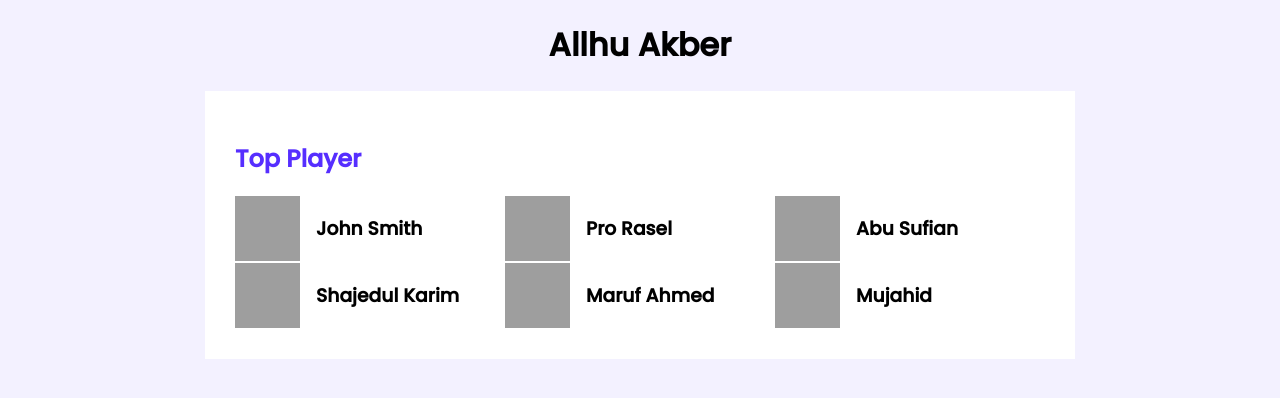
Repository: zjria/leader-board
Page: index.html
These files come from the project's save history. The page is drawn as it stood at one moment and after the next save; the edit follows.
The browser window is 1280 px wide. The pictures show the whole page.
Pictures or frames that could not be fetched are drawn as grey boxes.

Above is the page before, as saved 2022-09-03 09:38:56.

After the next save:
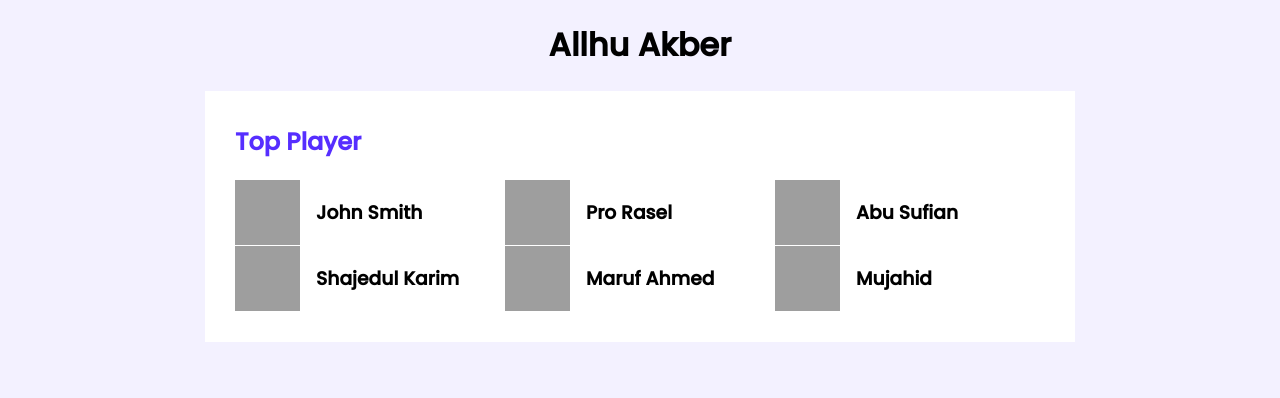
Saved 8 min 5 s later.
--- a/style/style.css
+++ b/style/style.css
@@ -35,6 +35,10 @@ main {
     padding: 30px;
 }
 
+h2.section-title {
+    margin-top: 3px;
+}
+
 .players {
     display: grid;
     grid-template-columns: repeat(3, 1fr);
